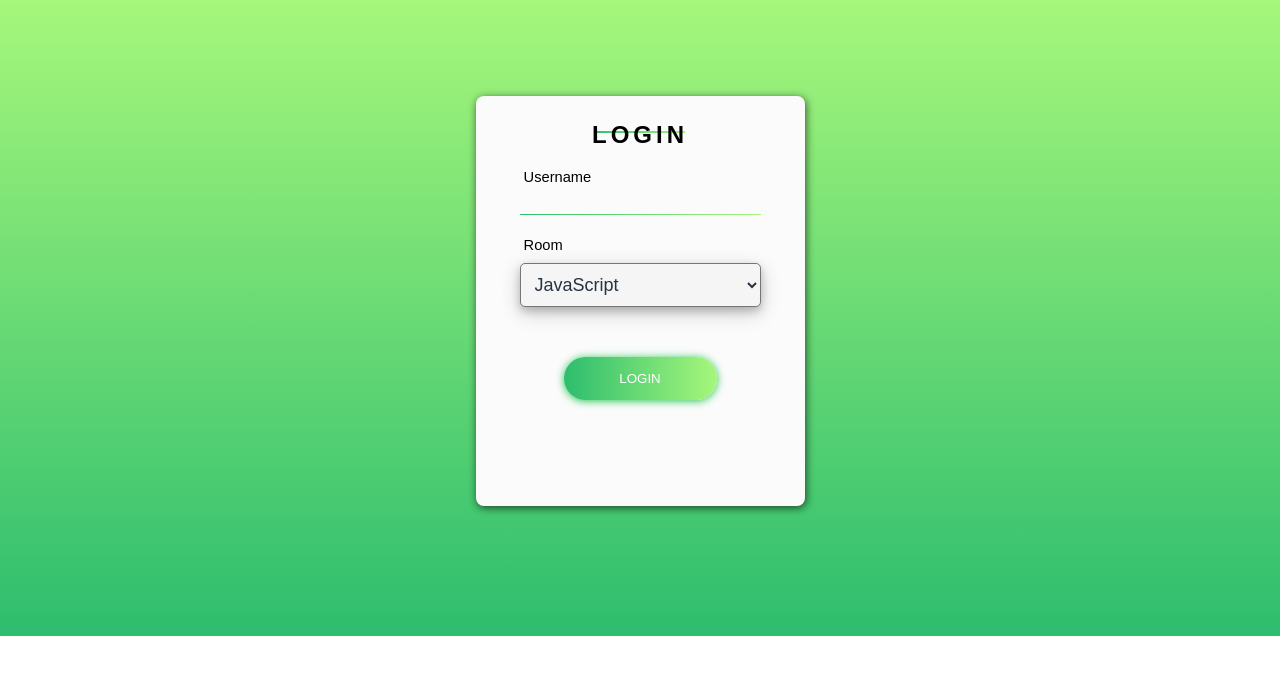
Repository: satyam12116/chat
Page: public/index.html
An editor plug-in stored every save of this project. The page is shown before and after a run of saves, followed by the edit.
The browser window is 1280 px wide. The pictures show the whole page.
Some web libraries are served in a nearby version.

Above is the page before, as saved 2023-03-26 11:22:37.

After the next 2 saves:
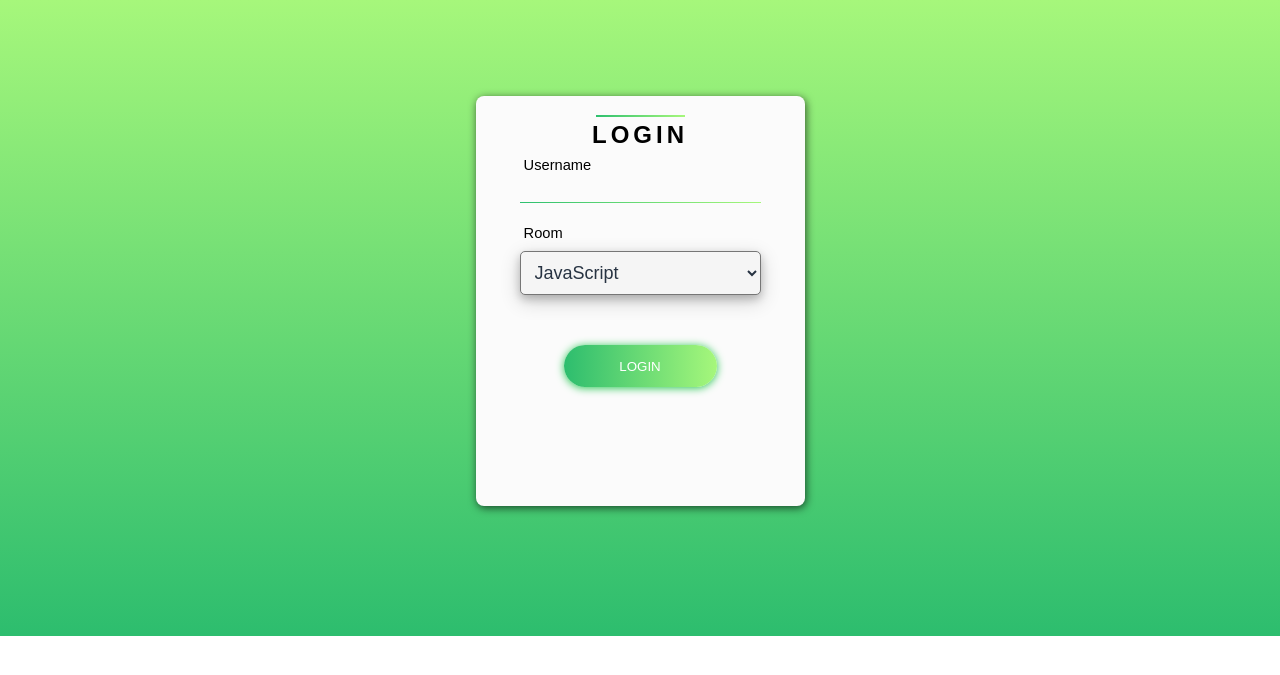
The 2 saves are shown as one change because they came seconds apart.
The last was saved 2 min 3 s later.
--- a/public/css/style.css
+++ b/public/css/style.css
@@ -330,7 +330,7 @@ a {
   .underline-title {
 	background: -webkit-linear-gradient(right, #a6f77b, #2ec06f);
 	height: 2px;
-	margin: -1.1rem auto 0 auto;
+	margin: -2.1rem auto 0 auto;
 	width: 89px;
   }
   #my{
